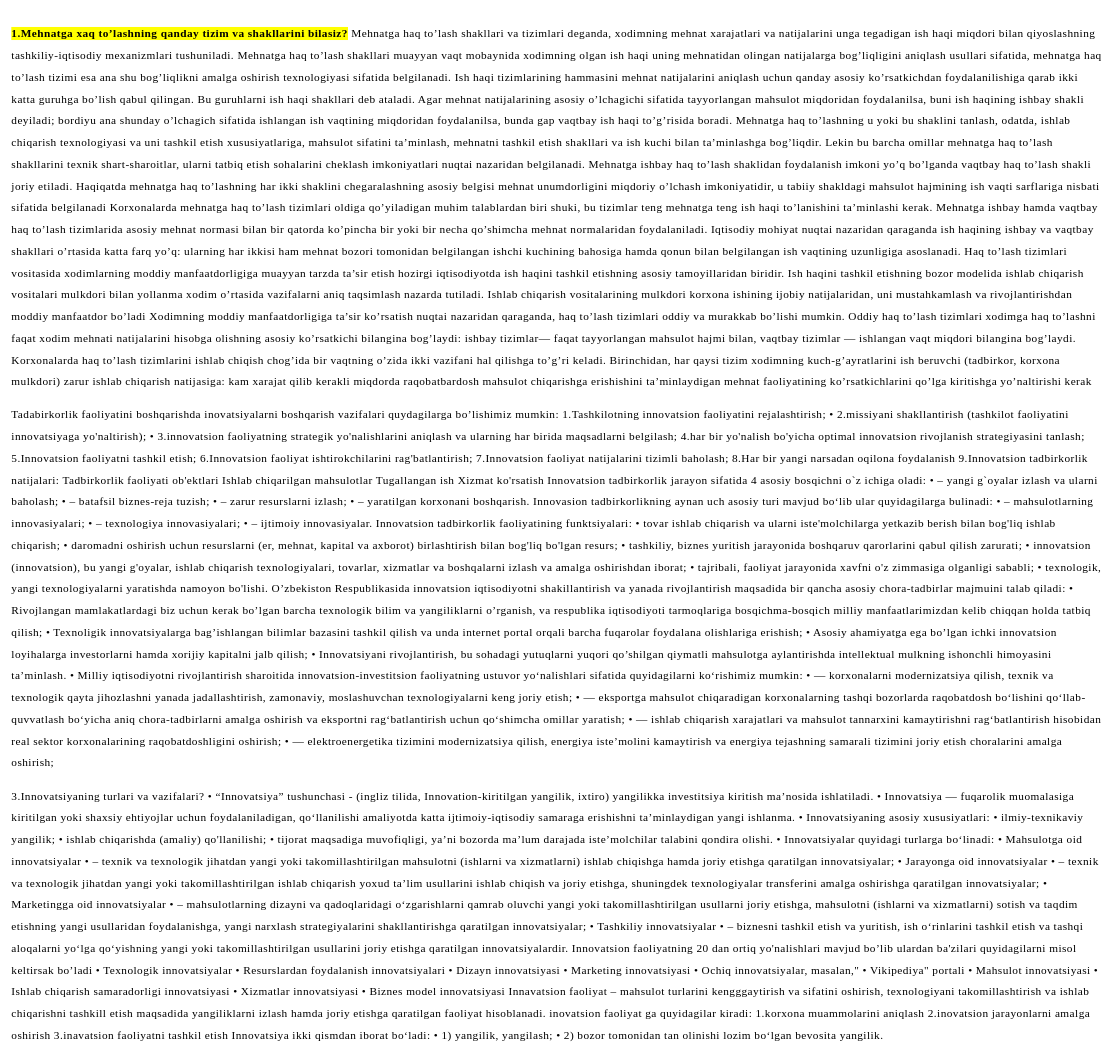
Repository: Ikromkhurozov/tsue-exam-answers
Page: index.html
These files come from the project's save history. The page is drawn as it stood at one moment and after a run of saves; the edit follows.
The browser window is 1280 px wide. The pictures show the whole page, at 87% of full size.

Above is the page before, as saved 2024-01-15 00:57:19.

### index.html
<!DOCTYPE html>
<html lang="en">
  <head>
    <meta charset="UTF-8" />
    <meta name="viewport" content="width=device-width, initial-scale=1.0" />
    <title>Document</title>
    <style>
      mark {
        font-weight: bold;
      }

      div {
        padding: 5px;
      }

      * {
        letter-spacing: 0.5px;
        line-height: 25px;
        font-size: 13px;
      }
    </style>
  </head>
  <body>

   <div>

      <p> <mark>1.Mehnatga xaq to’lashning qanday tizim va shakllarini bilasiz?</mark> Mehnatga haq to’lash shakllari va tizimlari deganda, xodimning mehnat xarajatlari va natijalarini unga tegadigan ish haqi miqdori bilan qiyoslashning tashkiliy-iqtisodiy mexanizmlari tushuniladi. Mehnatga haq to’lash shakllari muayyan vaqt mobaynida xodimning olgan ish haqi uning mehnatidan olingan natijalarga bog’liqligini aniqlash usullari sifatida, mehnatga haq to’lash tizimi esa ana shu bog’liqlikni amalga oshirish texnologiyasi sifatida belgilanadi.
         Ish haqi tizimlarining hammasini mehnat natijalarini aniqlash uchun qanday asosiy ko’rsatkichdan foydalanilishiga qarab ikki katta guruhga bo’lish qabul qilingan. Bu guruhlarni ish haqi shakllari deb ataladi. Agar mehnat natijalarining asosiy o’lchagichi sifatida tayyorlangan mahsulot miqdoridan foydalanilsa, buni ish haqining ishbay shakli deyiladi; bordiyu ana shunday o’lchagich sifatida ishlangan ish vaqtining miqdoridan foydalanilsa, bunda gap vaqtbay ish haqi to’g’risida boradi.
         Mehnatga haq to’lashning u yoki bu shaklini tanlash, odatda, ishlab chiqarish texnologiyasi va uni tashkil etish xususiyatlariga, mahsulot sifatini ta’minlash, mehnatni tashkil etish shakllari va ish kuchi bilan ta’minlashga bog’liqdir. Lekin bu barcha omillar mehnatga haq to’lash shakllarini texnik shart-sharoitlar, ularni tatbiq etish sohalarini cheklash imkoniyatlari nuqtai nazaridan belgilanadi. Mehnatga ishbay haq to’lash shaklidan foydalanish imkoni yo’q bo’lganda vaqtbay haq to’lash shakli joriy etiladi. Haqiqatda mehnatga haq to’lashning har ikki shaklini chegaralashning asosiy belgisi mehnat unumdorligini miqdoriy o’lchash imkoniyatidir, u tabiiy shakldagi mahsulot hajmining ish vaqti sarflariga nisbati sifatida belgilanadi
         Korxonalarda mehnatga haq to’lash tizimlari oldiga qo’yiladigan muhim talablardan biri shuki, bu tizimlar teng mehnatga teng ish haqi to’lanishini ta’minlashi kerak.
         Mehnatga ishbay hamda vaqtbay haq to’lash tizimlarida asosiy mehnat normasi bilan bir qatorda ko’pincha bir yoki bir necha qo’shimcha mehnat normalaridan foydalaniladi.
         Iqtisodiy mohiyat nuqtai nazaridan qaraganda ish haqining ishbay va vaqtbay shakllari o’rtasida katta farq yo’q: ularning har ikkisi ham mehnat bozori tomonidan belgilangan ishchi kuchining bahosiga hamda qonun bilan belgilangan ish vaqtining uzunligiga asoslanadi.
         Haq to’lash tizimlari vositasida xodimlarning moddiy manfaatdorligiga muayyan tarzda ta’sir etish hozirgi iqtisodiyotda ish haqini tashkil etishning asosiy tamoyillaridan biridir. Ish haqini tashkil etishning bozor modelida ishlab chiqarish vositalari mulkdori bilan yollanma xodim o’rtasida vazifalarni aniq taqsimlash nazarda tutiladi. Ishlab chiqarish vositalarining mulkdori korxona ishining ijobiy natijalaridan, uni mustahkamlash va rivojlantirishdan moddiy manfaatdor bo’ladi
         Xodimning moddiy manfaatdorligiga ta’sir ko’rsatish nuqtai nazaridan qaraganda, haq to’lash tizimlari oddiy va murakkab bo’lishi mumkin. Oddiy haq to’lash tizimlari xodimga haq to’lashni faqat xodim mehnati natijalarini hisobga olishning asosiy ko’rsatkichi bilangina bog’laydi: ishbay tizimlar— faqat tayyorlangan mahsulot hajmi bilan, vaqtbay tizimlar — ishlangan vaqt miqdori bilangina bog’laydi.
         Korxonalarda haq to’lash tizimlarini ishlab chiqish chog’ida bir vaqtning o’zida ikki vazifani hal qilishga to’g’ri keladi. Birinchidan, har qaysi tizim xodimning kuch-g’ayratlarini ish beruvchi (tadbirkor, korxona mulkdori) zarur ishlab chiqarish natijasiga: kam xarajat qilib kerakli miqdorda raqobatbardosh mahsulot chiqarishga erishishini ta’minlaydigan mehnat faoliyatining ko’rsatkichlarini qo’lga kiritishga yo’naltirishi kerak
         </p>

         <p>

Tadabirkorlik faoliyatini boshqarishda inovatsiyalarni boshqarish vazifalari quydagilarga bo’lishimiz mumkin: 1.Tashkilotning innovatsion faoliyatini rejalashtirish;
•	2.missiyani shakllantirish (tashkilot faoliyatini innovatsiyaga yo'naltirish);
•	3.innovatsion faoliyatning strategik yo'nalishlarini aniqlash va ularning har birida maqsadlarni belgilash; 4.har bir yo'nalish bo'yicha optimal innovatsion rivojlanish strategiyasini tanlash; 5.Innovatsion faoliyatni tashkil etish; 6.Innovatsion faoliyat ishtirokchilarini rag'batlantirish; 7.Innovatsion faoliyat natijalarini tizimli baholash; 8.Har bir yangi narsadan oqilona foydalanish 9.Innovatsion tadbirkorlik natijalari: Tadbirkorlik faoliyati ob'ektlari Ishlab chiqarilgan mahsulotlar Tugallangan ish Xizmat ko'rsatish
Innovatsion tadbirkorlik jarayon sifatida 4 asosiy bosqichni o`z ichiga oladi:
•	– yangi g`oyalar izlash va ularni baholash;
•	– batafsil biznes-reja tuzish;
•	– zarur resurslarni izlash;
•	– yaratilgan korxonani boshqarish.

Innovasion tadbirkorlikning aynan uch asosiy turi mavjud boʻlib ular quyidagilarga bulinadi:
•	– mahsulotlarning innovasiyalari;
•	– texnologiya innovasiyalari;
•	– ijtimoiy innovasiyalar.

Innovatsion tadbirkorlik faoliyatining funktsiyalari:
•	tovar ishlab chiqarish va ularni iste'molchilarga yetkazib berish bilan bog'liq ishlab chiqarish;
•	daromadni oshirish uchun resurslarni (er, mehnat, kapital va axborot) birlashtirish bilan bog'liq bo'lgan resurs;
•	tashkiliy, biznes yuritish jarayonida boshqaruv qarorlarini qabul qilish zarurati;
•	innovatsion (innovatsion), bu yangi g'oyalar, ishlab chiqarish texnologiyalari, tovarlar, xizmatlar va boshqalarni izlash va amalga oshirishdan iborat;
•	tajribali, faoliyat jarayonida xavfni o'z zimmasiga olganligi sababli;
•	texnologik, yangi texnologiyalarni yaratishda namoyon bo'lishi.
	O’zbekiston Respublikasida innovatsion iqtisodiyotni shakillantirish va yanada rivojlantirish maqsadida bir qancha asosiy chora-tadbirlar majmuini talab qiladi:
•	Rivojlangan mamlakatlardagi biz uchun kerak bo’lgan barcha texnologik bilim va yangiliklarni o’rganish, va respublika iqtisodiyoti tarmoqlariga bosqichma-bosqich milliy manfaatlarimizdan kelib chiqqan holda tatbiq qilish;
•	Texnoligik innovatsiyalarga bag’ishlangan bilimlar bazasini tashkil qilish va unda internet portal orqali barcha fuqarolar foydalana olishlariga erishish;
•	Asosiy ahamiyatga ega bo’lgan ichki innovatsion loyihalarga investorlarni hamda xorijiy kapitalni jalb qilish;
•	Innovatsiyani rivojlantirish, bu sohadagi yutuqlarni yuqori qo’shilgan qiymatli mahsulotga aylantirishda intellektual mulkning ishonchli himoyasini ta’minlash.
•		Milliy iqtisodiyotni rivojlantirish sharoitida innovatsion-investitsion faoliyatning ustuvor yo‘nalishlari sifatida quyidagilarni ko‘rishimiz mumkin:
•	— korxonalarni modernizatsiya qilish, texnik va texnologik qayta jihozlashni yanada jadallashtirish, zamonaviy, moslashuvchan texnologiyalarni keng joriy etish;
•	— eksportga mahsulot chiqaradigan korxonalarning tashqi bozorlarda raqobatdosh bo‘lishini qo‘llab-quvvatlash bo‘yicha aniq chora-tadbirlarni amalga oshirish va eksportni rag‘batlantirish uchun qo‘shimcha omillar yaratish;
•	— ishlab chiqarish xarajatlari va mahsulot tannarxini kamaytirishni rag‘batlantirish hisobidan real sektor korxonalarining raqobatdoshligini oshirish;
•	— elektroenergetika tizimini modernizatsiya qilish, energiya iste’molini kamaytirish va energiya tejashning samarali tizimini joriy etish choralarini amalga oshirish;

         </p>






3.Innovatsiyaning turlari va vazifalari?
•	“Innovatsiya”  tushunchasi - (ingliz tilida, Innovation-kiritilgan yangilik, ixtiro) yangilikka  investitsiya    kiritish     ma’nosida ishlatiladi.
•	Innovatsiya — fuqarolik muomalasiga kiritilgan yoki shaxsiy ehtiyojlar uchun foydalaniladigan, qo‘llanilishi amaliyotda katta ijtimoiy-iqtisodiy samaraga erishishni ta’minlaydigan yangi ishlanma.
•	Innovatsiyaning asosiy xususiyatlari:
•	ilmiy-texnikaviy yangilik;
•	ishlab chiqarishda (amaliy) qo'llanilishi;
•	tijorat maqsadiga muvofiqligi, ya’ni bozorda ma’lum darajada iste’molchilar
talabini qondira olishi.

•	Innovatsiyalar quyidagi turlarga bo‘linadi:
•	Mahsulotga oid innovatsiyalar
•	–  texnik va texnologik jihatdan yangi yoki takomillashtirilgan mahsulotni (ishlarni va xizmatlarni) ishlab chiqishga hamda joriy etishga qaratilgan innovatsiyalar;
•	Jarayonga oid innovatsiyalar
•	– texnik va texnologik jihatdan yangi yoki takomillashtirilgan ishlab chiqarish yoxud ta’lim usullarini ishlab chiqish va joriy etishga, shuningdek texnologiyalar transferini amalga oshirishga qaratilgan innovatsiyalar;
•	Marketingga oid innovatsiyalar
•	– mahsulotlarning dizayni va qadoqlaridagi o‘zgarishlarni qamrab oluvchi yangi yoki takomillashtirilgan usullarni joriy etishga, mahsulotni (ishlarni va xizmatlarni) sotish va taqdim etishning yangi usullaridan foydalanishga, yangi narxlash strategiyalarini shakllantirishga qaratilgan innovatsiyalar;
•	Tashkiliy innovatsiyalar
•	– biznesni tashkil etish va yuritish, ish o‘rinlarini tashkil etish va tashqi aloqalarni yo‘lga qo‘yishning yangi yoki takomillashtirilgan usullarini joriy etishga qaratilgan innovatsiyalardir.

Innovatsion faoliyatning 20 dan ortiq yo'nalishlari mavjud bo’lib ulardan ba'zilari quyidagilarni misol keltirsak bo’ladi
•	Texnologik innovatsiyalar
•	Resurslardan foydalanish innovatsiyalari
•	Dizayn innovatsiyasi
•	Marketing innovatsiyasi
•	Ochiq innovatsiyalar, masalan,"
•	Vikipediya" portali
•	Mahsulot innovatsiyasi
•	Ishlab chiqarish samaradorligi innovatsiyasi
•	Xizmatlar innovatsiyasi
•	Biznes model innovatsiyasi

Innavatsion faoliyat – mahsulot turlarini kengggaytirish va sifatini oshirish, texnologiyani takomillashtirish va ishlab chiqarishni  tashkill etish maqsadida yangiliklarni izlash hamda joriy etishga qaratilgan faoliyat hisoblanadi. inovatsion faoliyat ga quyidagilar kiradi: 1.korxona muammolarini aniqlash 2.inovatsion jarayonlarni amalga oshirish 3.inavatsion faoliyatni tashkil etish
Innovatsiya ikki qismdan iborat bo‘ladi:
•	1) yangilik, yangilash;
•	2) bozor tomonidan tan olinishi lozim bo‘lgan bevosita yangilik.






   </div>

  </body>
</html>

After the next 2 saves:
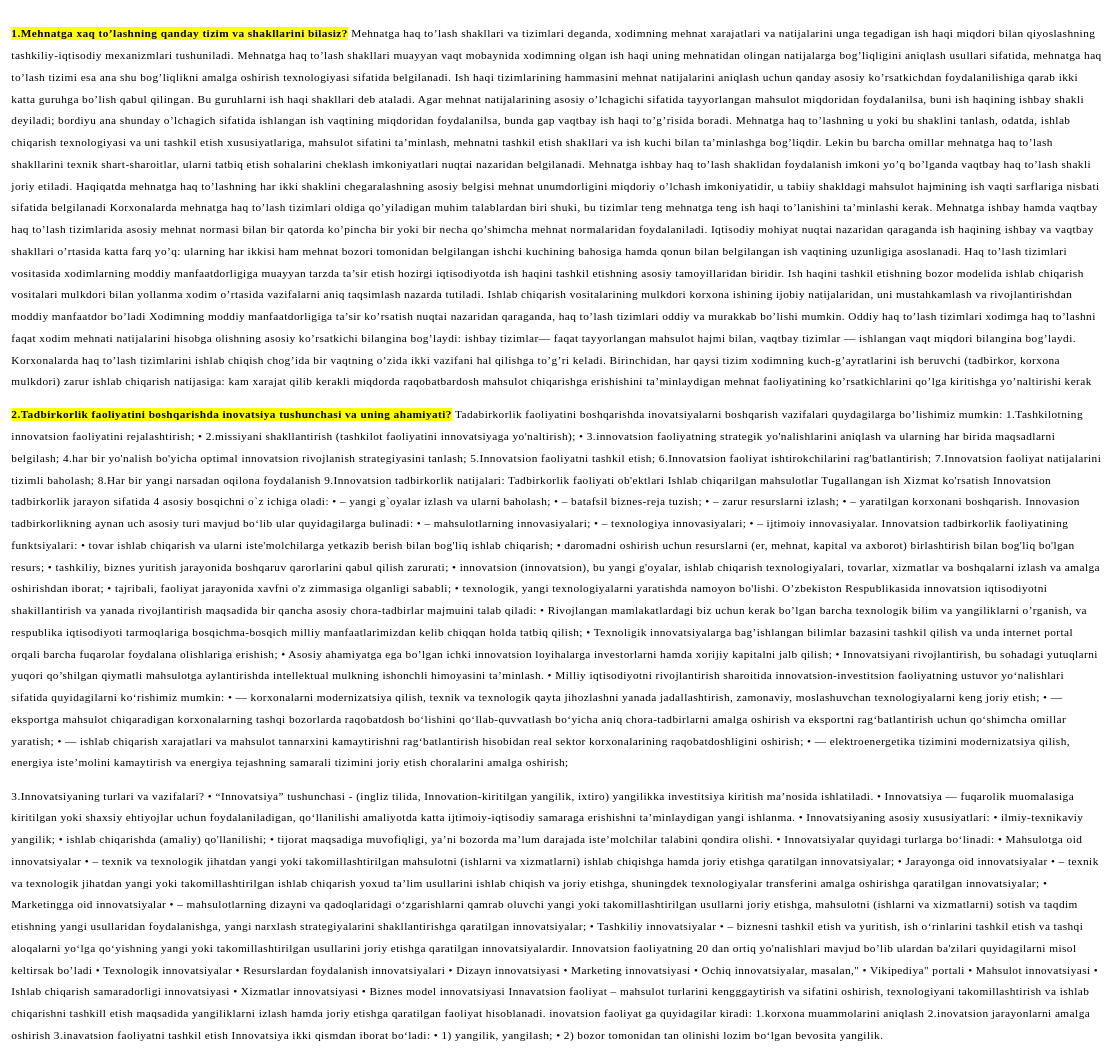
The 2 saves are shown as one change because they came seconds apart.
The last was saved 8 s later.
--- a/index.html
+++ b/index.html
@@ -36,7 +36,7 @@
          </p>
 
          <p>
-
+            <mark>2.Tadbirkorlik faoliyatini boshqarishda inovatsiya tushunchasi va uning ahamiyati?</mark>
 Tadabirkorlik faoliyatini boshqarishda inovatsiyalarni boshqarish vazifalari quydagilarga bo’lishimiz mumkin: 1.Tashkilotning innovatsion faoliyatini rejalashtirish;
 •	2.missiyani shakllantirish (tashkilot faoliyatini innovatsiyaga yo'naltirish);
 •	3.innovatsion faoliyatning strategik yo'nalishlarini aniqlash va ularning har birida maqsadlarni belgilash; 4.har bir yo'nalish bo'yicha optimal innovatsion rivojlanish strategiyasini tanlash; 5.Innovatsion faoliyatni tashkil etish; 6.Innovatsion faoliyat ishtirokchilarini rag'batlantirish; 7.Innovatsion faoliyat natijalarini tizimli baholash; 8.Har bir yangi narsadan oqilona foydalanish 9.Innovatsion tadbirkorlik natijalari: Tadbirkorlik faoliyati ob'ektlari Ishlab chiqarilgan mahsulotlar Tugallangan ish Xizmat ko'rsatish
